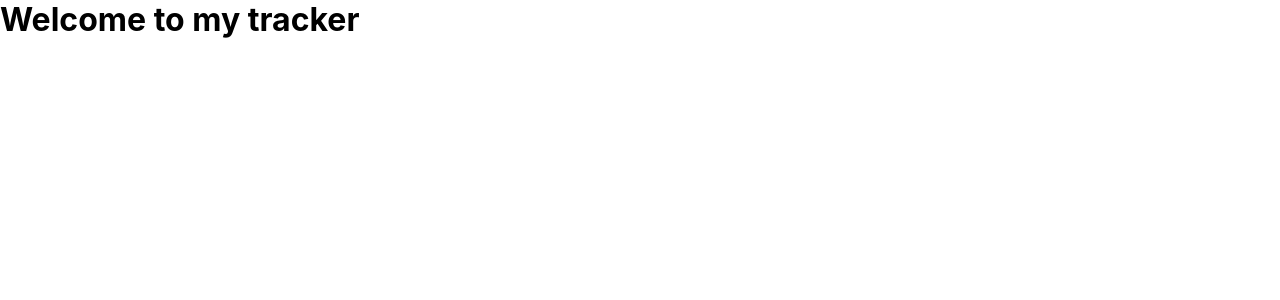
Repository: exiled-kal/2OnProcess
Page: /
These files come from the project's save history. The page is drawn as it stood at one moment and after the next save; the edit follows.
The browser window is 1280 px wide. The pictures show the whole page.
The project was rebuilt for these pictures with package versions that can differ from the ones it lists, and the page was loaded fresh each time. Also part of the build but not shown: src/App.css.

Above is the page before, as saved 2020-08-16 16:43:29.

After the next save:
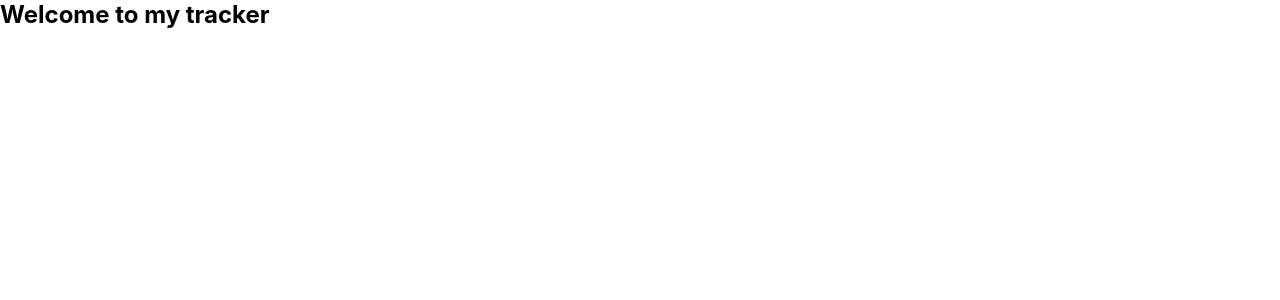
Saved 25 s later.
--- a/src/App.js
+++ b/src/App.js
@@ -4,7 +4,7 @@ import './App.css';
 function App() {
   return (
     <div className="app">
-      <h1>Welcome to my tracker</h1>
+      <h2>Welcome to my tracker</h2>
     </div>
   );
 }
